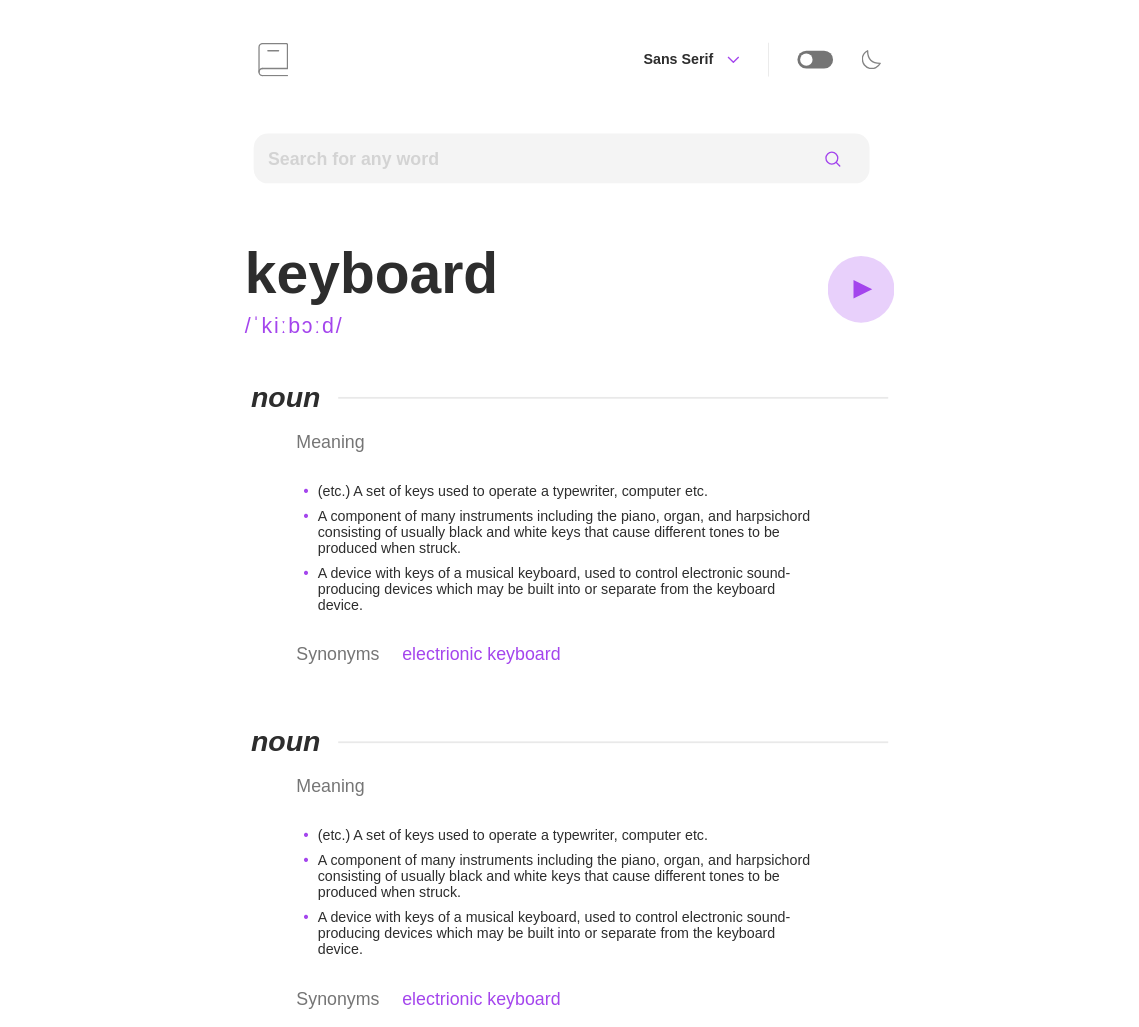
Repository: Arkitecth/dictionary-app
Page: index.html
An editor plug-in stored every save of this project. The page is shown before and after the next save, followed by the edit.
The browser window is 1280 px wide. The pictures show the whole page, at 89% of full size.

Above is the page before, as saved 2023-07-19 23:01:21.

After the next save:
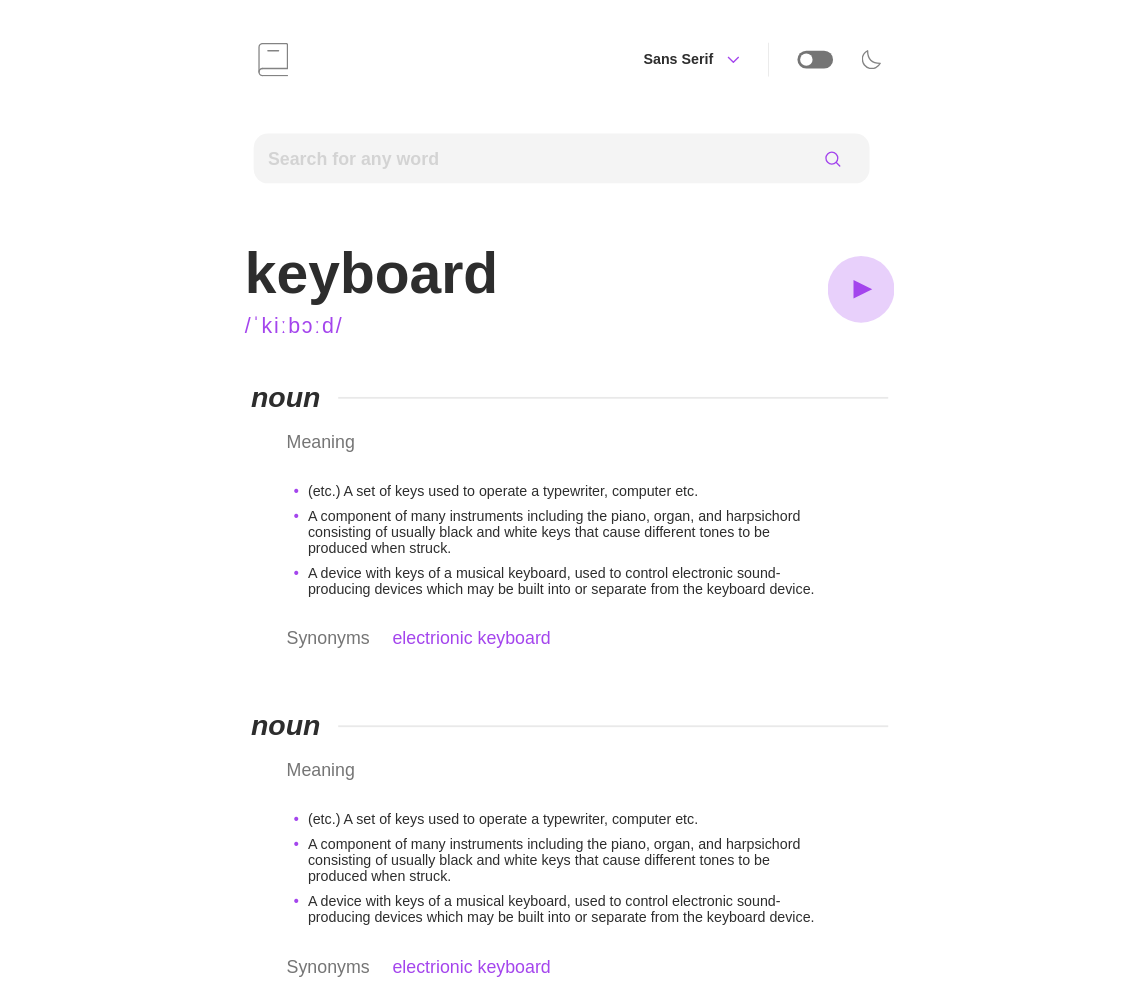
Saved 27 s later.
--- a/styles.css
+++ b/styles.css
@@ -215,7 +215,7 @@
     margin: 0 auto;
     margin-top: 2rem; */
     display: flex;
-    width: 56%;
+    width: 58%;
     flex-direction: column;
     align-content: center;
     margin: 0 auto;
